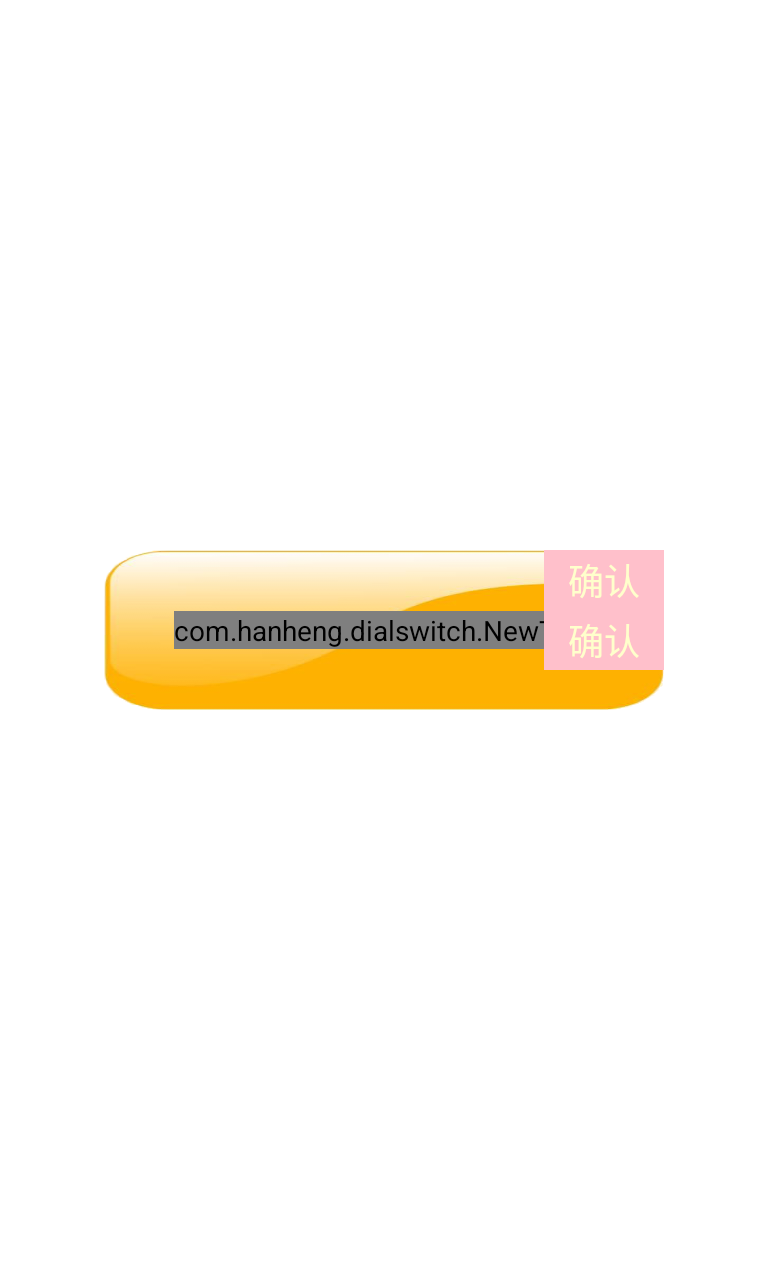
Repository: CovaWang/temporary_embedded
Layout: 7#车联·共享单车/代码/代码/res/layout/display.xml
An editor plug-in stored every save of this project. The layout is shown before and after the next save, followed by the edit.
Pictures or frames that could not be fetched are drawn as grey boxes. It is drawn on a 768 x 1280 px phone screen (xhdpi) without system bars, with theme AppTheme; the app's code is not run.

Above is the layout before, as saved 2024-05-15 11:54:13.

After the next save:
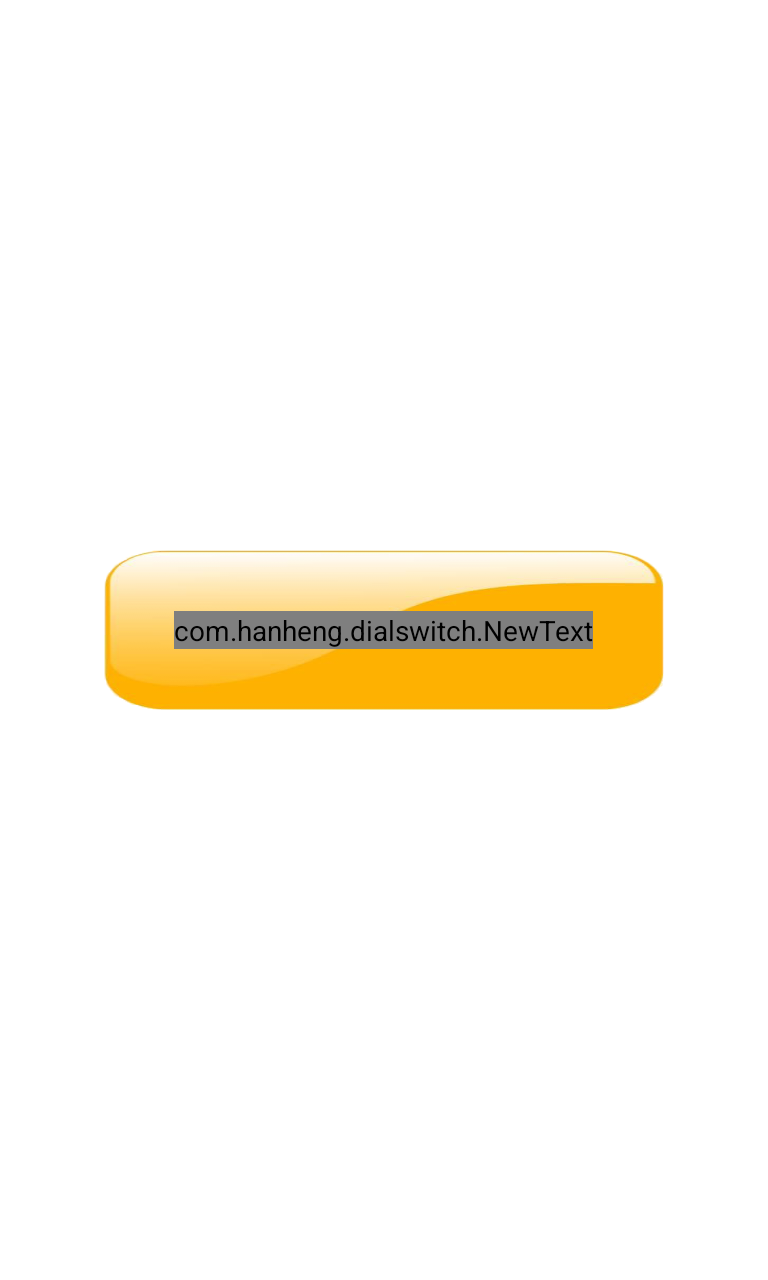
Saved 38 s later.
--- a/7#车联·共享单车/代码/代码/res/layout/display.xml
+++ b/7#车联·共享单车/代码/代码/res/layout/display.xml
@@ -37,9 +37,9 @@
         android:layout_width="70dp"
         android:layout_height="30dp"
         android:layout_marginTop="0dp"
-        android:layout_marginLeft="220dp"
+        android:layout_marginLeft="290dp"
         android:background="#FFC0CB"
-        android:text="确认"
+        android:text="+"
         android:textColor="#FFC" />
 
         <Button
@@ -47,9 +47,9 @@
         android:layout_width="70dp"
         android:layout_height="30dp"
         android:layout_marginTop="30dp"
-        android:layout_marginLeft="220dp"
+        android:layout_marginLeft="290dp"
         android:background="#FFC0CB"
-        android:text="确认"
+        android:text="-"
         android:textColor="#FFC" />
     </RelativeLayout>
 
